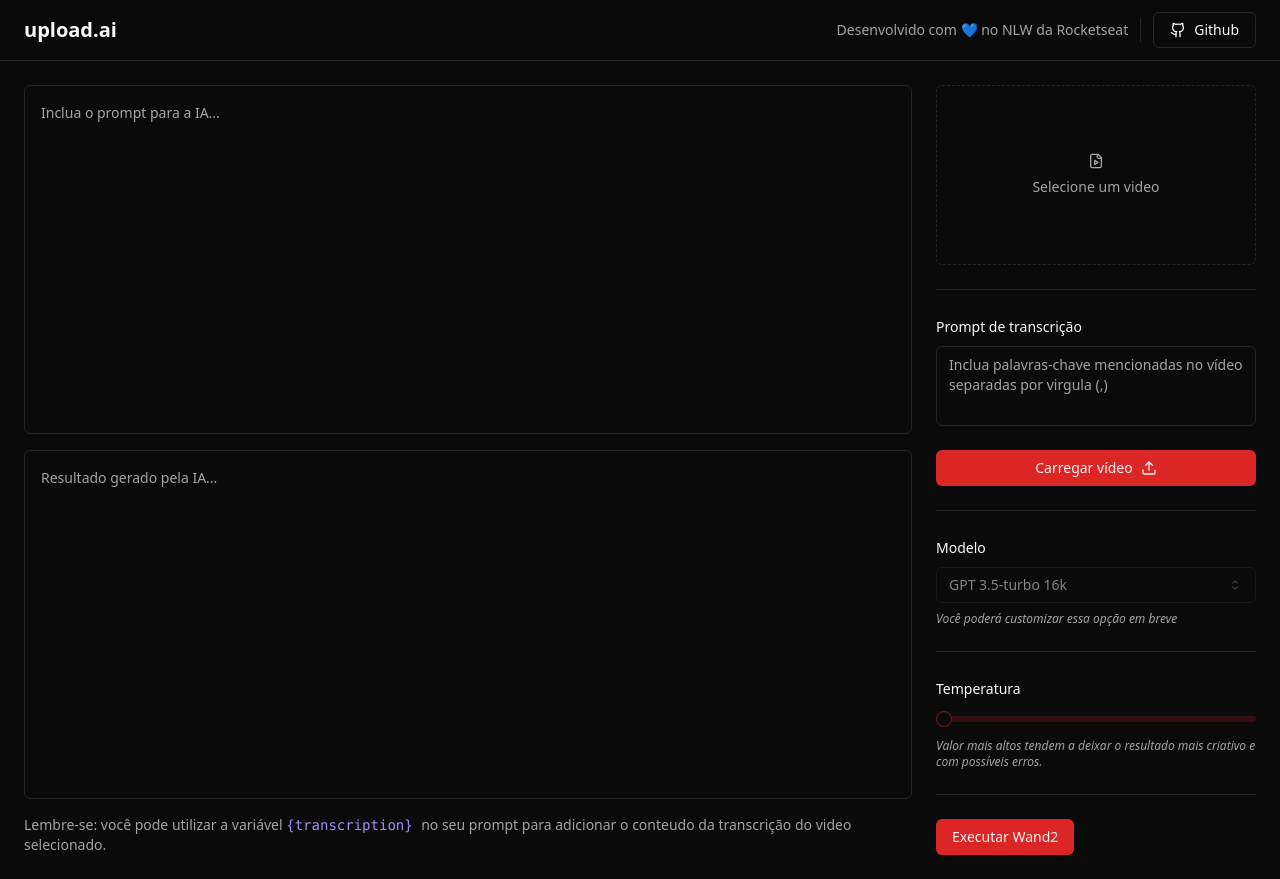
Repository: ricardolimati/upload-ai-web
Page: /
The author's editor kept a copy of each file at every save. The page is drawn from the files as they stood at one save, then again after the next save.
The browser window is 1280 px wide. The pictures show the whole page.
The project was rebuilt for these pictures with package versions that can differ from the ones it lists, and the page was loaded fresh each time. Also part of the build but not shown: vite.config.ts.

Above is the page before, as saved 2023-09-12 00:28:29.

### src/App.tsx
import {Github, FileVideo, Upload} from 'lucide-react'
import { Button } from "./components/ui/button";
import { Separator } from './components/ui/separator';
import { Textarea } from './components/ui/textarea';
import { Label } from './components/ui/label';
import { Select, SelectContent, SelectItem, SelectTrigger, SelectValue } from './components/ui/select';
import { Slider } from './components/ui/slider';

export function App() {
  return(
   <div className="min-h-screen flex flex-col">
    <div className="px-6 py-3 flex items-center justify-between border-b">
      <h1 className="text-xl font-bold">upload.ai</h1>
      <div className="flex items-center gap-3">
        <span className="text-sm text-muted-foreground">
          Desenvolvido com 💙 no NLW da Rocketseat</span>
          <Separator orientation='vertical' className='h-6' />
        <Button variant="outline">
          <Github className="w-4 h-4 mr-2" />Github
        </Button>
      </div>
    </div>

    <main className="flex-1 p-6 flex gap-6">
      <div className="flex flex-col flex-1 gap-4">
        <div className="grid grid-rows-2 gap-4 flex-1">
          <Textarea
          className="resize-none p-4 leading-relaxed"
          placeholder="Inclua o prompt para a IA..."
          />
          <Textarea
          className="resize-none p-4 leading-relaxed"
          placeholder="Resultado gerado pela IA..."
          readOnly/>
        </div>

        <p className="text-sm text-muted-foreground">
          Lembre-se: você pode utilizar a variável <code className="text-violet-400">{'{transcription}'} </code>
           no seu prompt para adicionar o conteudo da transcrição
          do video selecionado.</p>
      </div>
      <aside className="w-80 space-y-6">
        <form className="space-y-6" >
          <label
          htmlFor="video"
          className="border flex rounded-md aspect-video cursor-pointer border-dashed text-sm flex-col gap-2 items-center justify-center text-muted-foreground hover:bg-primary/5"
          >
            <FileVideo className="w-4 h-4" />
            Selecione um video
          </label>
          <input type="file" id="video" accept="video/mp4" className="sr-only"/>
          <Separator />
          <div className="space-y-2">
            <Label htmlFor="transcription_prompt">Prompt de transcrição</Label>
            <Textarea
            id="transcription_prompt"
            className="h-20 leading-relaxe resize-none"
            placeholder="Inclua palavras-chave mencionadas no vídeo separadas por virgula (,)"
            />
          </div>
          <Button type="submit" className="w-full">
            Carregar vídeo
            <Upload
              className="w-4 h-4 ml-2"
            />
          </Button>
        </form>

        <Separator />

        <form className="space-y-6">
          <div className="space-y-2">
            <Label >Modelo</Label>
           <Select disabled defaultValue='gpt-3.5'>
              <SelectTrigger>
                <SelectValue />
              </SelectTrigger>
              <SelectContent>
              <SelectItem value="gpt-3.5">GPT 3.5-turbo 16k</SelectItem>
              </SelectContent>
            </Select>
            <span className="block text-xs text-muted-foreground italic">
              Você poderá customizar essa opção em breve
            </span>
          </div>

          <Separator/>
          <div className="space-y-4">
            <Label >Temperatura</Label>
            <Slider
             min={0}
             max={1}
             step={0.1}
            />
            <span className="block text-xs text-muted-foreground italic">
              Valor mais altos tendem a deixar o resultado mais criativo e com possíveis erros.
            </span>
          </div>

          <Separator />

          <Button type="submit">
            Executar
            Wand2
          </Button>

        </form>
      </aside>
    </main>
   </div>
  )
}

### src/index.css
@tailwind base;
@tailwind components;
@tailwind utilities;

@layer base {
  :root {
    --background: 0 0% 3.9%;
    --foreground: 0 0% 98%;
    --card: 0 0% 3.9%;
    --card-foreground: 0 0% 98%;
    --popover: 0 0% 3.9%;
    --popover-foreground: 0 0% 98%;
    --primary: 0 72.2% 50.6%;
    --primary-foreground: 0 85.7% 97.3%;
    --secondary: 0 0% 14.9%;
    --secondary-foreground: 0 0% 98%;
    --muted: 0 0% 14.9%;
    --muted-foreground: 0 0% 63.9%;
    --accent: 0 0% 14.9%;
    --accent-foreground: 0 0% 98%;
    --destructive: 0 62.8% 30.6%;
    --destructive-foreground: 0 0% 98%;
    --border: 0 0% 14.9%;
    --input: 0 0% 14.9%;
    --ring: 0 72.2% 50.6%;

    --radius: 0.5rem;
  }
}

@layer base {
  * {
    @apply border-border;
  }
  body {
    @apply bg-background text-foreground;
  }
}

### src/components/ui/button.tsx
import * as React from "react"
import { Slot } from "@radix-ui/react-slot"
import { cva, type VariantProps } from "class-variance-authority"

import { cn } from "@/lib/utils"

const buttonVariants = cva(
  "inline-flex items-center justify-center rounded-md text-sm font-medium transition-colors focus-visible:outline-none focus-visible:ring-1 focus-visible:ring-ring disabled:pointer-events-none disabled:opacity-50",
  {
    variants: {
      variant: {
        default:
          "bg-primary text-primary-foreground shadow hover:bg-primary/90",
        destructive:
          "bg-destructive text-destructive-foreground shadow-sm hover:bg-destructive/90",
        outline:
          "border border-input bg-transparent shadow-sm hover:bg-accent hover:text-accent-foreground",
        secondary:
          "bg-secondary text-secondary-foreground shadow-sm hover:bg-secondary/80",
        ghost: "hover:bg-accent hover:text-accent-foreground",
        link: "text-primary underline-offset-4 hover:underline",
      },
      size: {
        default: "h-9 px-4 py-2",
        sm: "h-8 rounded-md px-3 text-xs",
        lg: "h-10 rounded-md px-8",
        icon: "h-9 w-9",
      },
    },
    defaultVariants: {
      variant: "default",
      size: "default",
    },
  }
)

export interface ButtonProps
  extends React.ButtonHTMLAttributes<HTMLButtonElement>,
    VariantProps<typeof buttonVariants> {
  asChild?: boolean
}

const Button = React.forwardRef<HTMLButtonElement, ButtonProps>(
  ({ className, variant, size, asChild = false, ...props }, ref) => {
    const Comp = asChild ? Slot : "button"
    return (
      <Comp
        className={cn(buttonVariants({ variant, size, className }))}
        ref={ref}
        {...props}
      />
    )
  }
)
Button.displayName = "Button"

export { Button, buttonVariants }

### src/components/ui/separator.tsx
import * as React from "react"
import * as SeparatorPrimitive from "@radix-ui/react-separator"

import { cn } from "@/lib/utils"

const Separator = React.forwardRef<
  React.ElementRef<typeof SeparatorPrimitive.Root>,
  React.ComponentPropsWithoutRef<typeof SeparatorPrimitive.Root>
>(
  (
    { className, orientation = "horizontal", decorative = true, ...props },
    ref
  ) => (
    <SeparatorPrimitive.Root
      ref={ref}
      decorative={decorative}
      orientation={orientation}
      className={cn(
        "shrink-0 bg-border",
        orientation === "horizontal" ? "h-[1px] w-full" : "h-full w-[1px]",
        className
      )}
      {...props}
    />
  )
)
Separator.displayName = SeparatorPrimitive.Root.displayName

export { Separator }

### src/components/ui/textarea.tsx
import * as React from "react"

import { cn } from "@/lib/utils"

export interface TextareaProps
  extends React.TextareaHTMLAttributes<HTMLTextAreaElement> {}

const Textarea = React.forwardRef<HTMLTextAreaElement, TextareaProps>(
  ({ className, ...props }, ref) => {
    return (
      <textarea
        className={cn(
          "flex min-h-[60px] w-full rounded-md border border-input bg-transparent px-3 py-2 text-sm shadow-sm placeholder:text-muted-foreground focus-visible:outline-none focus-visible:ring-1 focus-visible:ring-ring disabled:cursor-not-allowed disabled:opacity-50",
          className
        )}
        ref={ref}
        {...props}
      />
    )
  }
)
Textarea.displayName = "Textarea"

export { Textarea }

### src/components/ui/label.tsx
import * as React from "react"
import * as LabelPrimitive from "@radix-ui/react-label"
import { cva, type VariantProps } from "class-variance-authority"

import { cn } from "@/lib/utils"

const labelVariants = cva(
  "text-sm font-medium leading-none peer-disabled:cursor-not-allowed peer-disabled:opacity-70"
)

const Label = React.forwardRef<
  React.ElementRef<typeof LabelPrimitive.Root>,
  React.ComponentPropsWithoutRef<typeof LabelPrimitive.Root> &
    VariantProps<typeof labelVariants>
>(({ className, ...props }, ref) => (
  <LabelPrimitive.Root
    ref={ref}
    className={cn(labelVariants(), className)}
    {...props}
  />
))
Label.displayName = LabelPrimitive.Root.displayName

export { Label }

### src/components/ui/select.tsx
import * as React from "react"
import { CaretSortIcon, CheckIcon } from "@radix-ui/react-icons"
import * as SelectPrimitive from "@radix-ui/react-select"

import { cn } from "@/lib/utils"

const Select = SelectPrimitive.Root

const SelectGroup = SelectPrimitive.Group

const SelectValue = SelectPrimitive.Value

const SelectTrigger = React.forwardRef<
  React.ElementRef<typeof SelectPrimitive.Trigger>,
  React.ComponentPropsWithoutRef<typeof SelectPrimitive.Trigger>
>(({ className, children, ...props }, ref) => (
  <SelectPrimitive.Trigger
    ref={ref}
    className={cn(
      "flex h-9 w-full items-center justify-between rounded-md border border-input bg-transparent px-3 py-2 text-sm shadow-sm ring-offset-background placeholder:text-muted-foreground focus:outline-none focus:ring-1 focus:ring-ring disabled:cursor-not-allowed disabled:opacity-50",
      className
    )}
    {...props}
  >
    {children}
    <SelectPrimitive.Icon asChild>
      <CaretSortIcon className="h-4 w-4 opacity-50" />
    </SelectPrimitive.Icon>
  </SelectPrimitive.Trigger>
))
SelectTrigger.displayName = SelectPrimitive.Trigger.displayName

const SelectContent = React.forwardRef<
  React.ElementRef<typeof SelectPrimitive.Content>,
  React.ComponentPropsWithoutRef<typeof SelectPrimitive.Content>
>(({ className, children, position = "popper", ...props }, ref) => (
  <SelectPrimitive.Portal>
    <SelectPrimitive.Content
      ref={ref}
      className={cn(
        "relative z-50 min-w-[8rem] overflow-hidden rounded-md border bg-popover text-popover-foreground shadow-md data-[state=open]:animate-in data-[state=closed]:animate-out data-[state=closed]:fade-out-0 data-[state=open]:fade-in-0 data-[state=closed]:zoom-out-95 data-[state=open]:zoom-in-95 data-[side=bottom]:slide-in-from-top-2 data-[side=left]:slide-in-from-right-2 data-[side=right]:slide-in-from-left-2 data-[side=top]:slide-in-from-bottom-2",
        position === "popper" &&
          "data-[side=bottom]:translate-y-1 data-[side=left]:-translate-x-1 data-[side=right]:translate-x-1 data-[side=top]:-translate-y-1",
        className
      )}
      position={position}
      {...props}
    >
      <SelectPrimitive.Viewport
        className={cn(
          "p-1",
          position === "popper" &&
            "h-[var(--radix-select-trigger-height)] w-full min-w-[var(--radix-select-trigger-width)]"
        )}
      >
        {children}
      </SelectPrimitive.Viewport>
    </SelectPrimitive.Content>
  </SelectPrimitive.Portal>
))
SelectContent.displayName = SelectPrimitive.Content.displayName

const SelectLabel = React.forwardRef<
  React.ElementRef<typeof SelectPrimitive.Label>,
  React.ComponentPropsWithoutRef<typeof SelectPrimitive.Label>
>(({ className, ...props }, ref) => (
  <SelectPrimitive.Label
    ref={ref}
    className={cn("px-2 py-1.5 text-sm font-semibold", className)}
    {...props}
  />
))
SelectLabel.displayName = SelectPrimitive.Label.displayName

const SelectItem = React.forwardRef<
  React.ElementRef<typeof SelectPrimitive.Item>,
  React.ComponentPropsWithoutRef<typeof SelectPrimitive.Item>
>(({ className, children, ...props }, ref) => (
  <SelectPrimitive.Item
    ref={ref}
    className={cn(
      "relative flex w-full cursor-default select-none items-center rounded-sm py-1.5 pl-2 pr-8 text-sm outline-none focus:bg-accent focus:text-accent-foreground data-[disabled]:pointer-events-none data-[disabled]:opacity-50",
      className
    )}
    {...props}
  >
    <span className="absolute right-2 flex h-3.5 w-3.5 items-center justify-center">
      <SelectPrimitive.ItemIndicator>
        <CheckIcon className="h-4 w-4" />
      </SelectPrimitive.ItemIndicator>
    </span>
    <SelectPrimitive.ItemText>{children}</SelectPrimitive.ItemText>
  </SelectPrimitive.Item>
))
SelectItem.displayName = SelectPrimitive.Item.displayName

const SelectSeparator = React.forwardRef<
  React.ElementRef<typeof SelectPrimitive.Separator>,
  React.ComponentPropsWithoutRef<typeof SelectPrimitive.Separator>
>(({ className, ...props }, ref) => (
  <SelectPrimitive.Separator
    ref={ref}
    className={cn("-mx-1 my-1 h-px bg-muted", className)}
    {...props}
  />
))
SelectSeparator.displayName = SelectPrimitive.Separator.displayName

export {
  Select,
  SelectGroup,
  SelectValue,
  SelectTrigger,
  SelectContent,
  SelectLabel,
  SelectItem,
  SelectSeparator,
}

### src/components/ui/slider.tsx
import * as React from "react"
import * as SliderPrimitive from "@radix-ui/react-slider"

import { cn } from "@/lib/utils"

const Slider = React.forwardRef<
  React.ElementRef<typeof SliderPrimitive.Root>,
  React.ComponentPropsWithoutRef<typeof SliderPrimitive.Root>
>(({ className, ...props }, ref) => (
  <SliderPrimitive.Root
    ref={ref}
    className={cn(
      "relative flex w-full touch-none select-none items-center",
      className
    )}
    {...props}
  >
    <SliderPrimitive.Track className="relative h-1.5 w-full grow overflow-hidden rounded-full bg-primary/20">
      <SliderPrimitive.Range className="absolute h-full bg-primary" />
    </SliderPrimitive.Track>
    <SliderPrimitive.Thumb className="block h-4 w-4 rounded-full border border-primary/50 bg-background shadow transition-colors focus-visible:outline-none focus-visible:ring-1 focus-visible:ring-ring disabled:pointer-events-none disabled:opacity-50" />
  </SliderPrimitive.Root>
))
Slider.displayName = SliderPrimitive.Root.displayName

export { Slider }

Loaded but not shown: index.html (common file); src/main.tsx (common file); src/lib/utils.ts (common file); tailwind.config.js (common file)

After the next save:
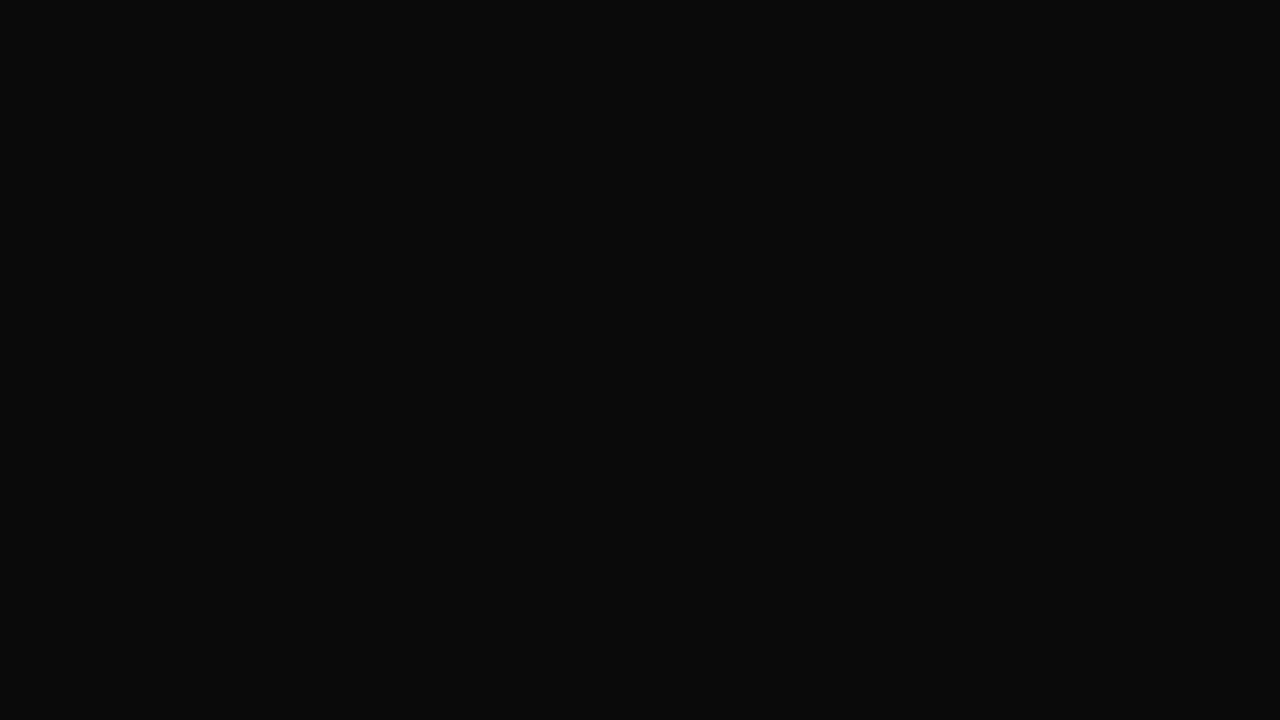
Console error: ReferenceError: Wand2 is not defined
Saved 4 s later.
--- a/src/App.tsx
+++ b/src/App.tsx
@@ -101,7 +101,7 @@
 
           <Button type="submit">
             Executar
-            Wand2
+            <Wand2></Wand2>
           </Button>
 
         </form>

After the 3 saves that followed:
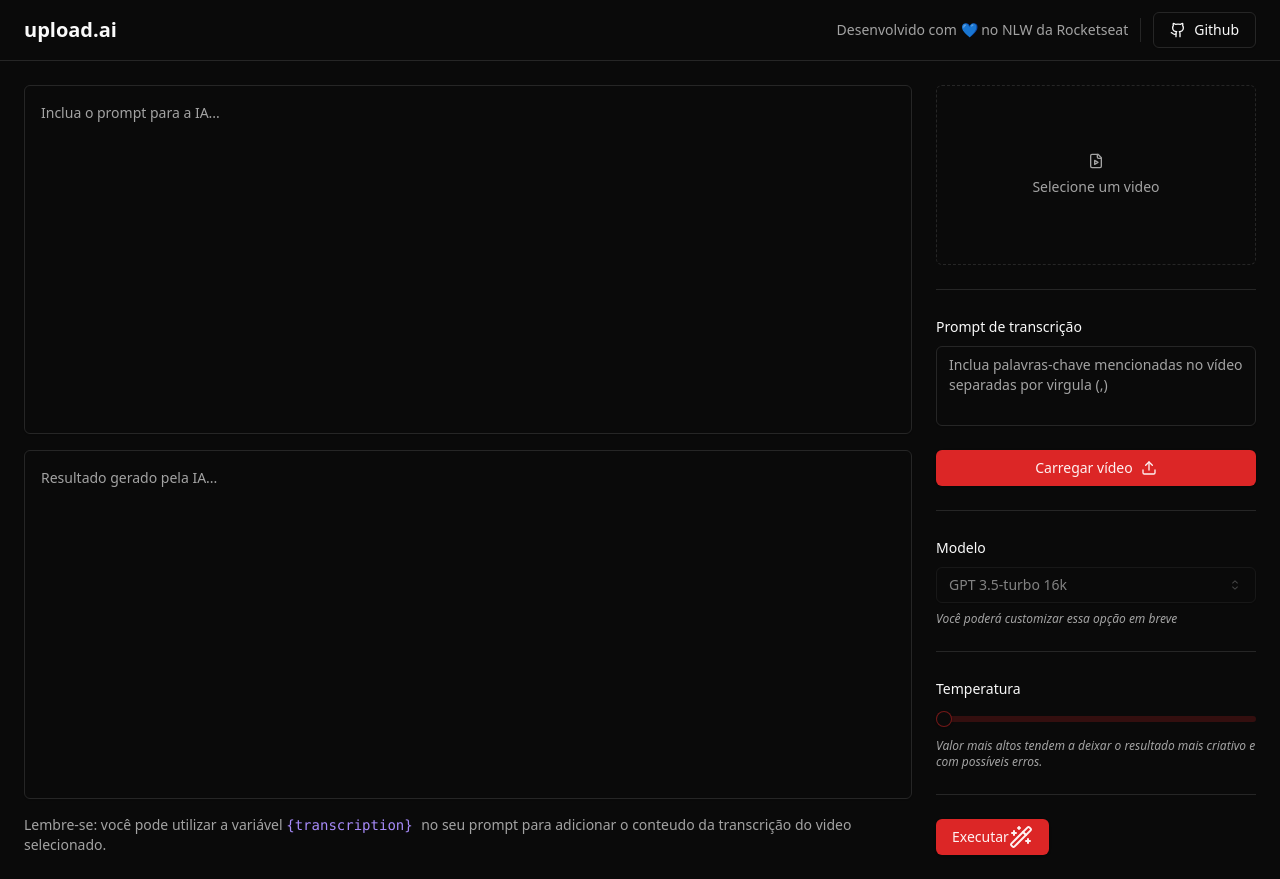
The error is gone.
The 3 saves are shown as one change because 1 left the picture as it was and some came seconds apart.
The last was saved 3 min 38 s later.
--- a/src/App.tsx
+++ b/src/App.tsx
@@ -1,4 +1,4 @@
-import {Github, FileVideo, Upload} from 'lucide-react'
+import {Github, FileVideo, Upload, Wand2} from 'lucide-react'
 import { Button } from "./components/ui/button";
 import { Separator } from './components/ui/separator';
 import { Textarea } from './components/ui/textarea';
@@ -101,7 +101,7 @@
 
           <Button type="submit">
             Executar
-            <Wand2></Wand2>
+            <Wand2 />
           </Button>
 
         </form>
